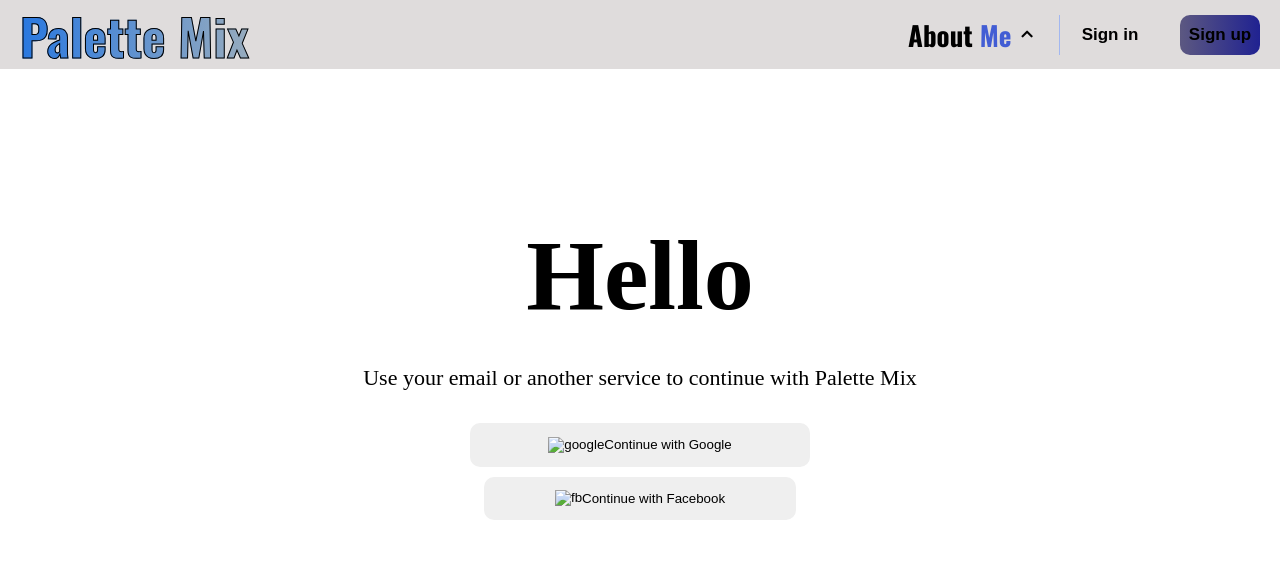
Repository: dmpelaez/Login-Signup-form
Page: Color/colorHeader.html
The author's editor kept a copy of each file at every save. The page is drawn from the files as they stood at one save, then again after the next save.
The browser window is 1280 px wide. The pictures show the window.
A layer covers the whole window, so only the first screen is drawn. Some web libraries are served in a nearby version.

Above is the page before, as saved 2025-12-13 07:27:14.

After the next save:
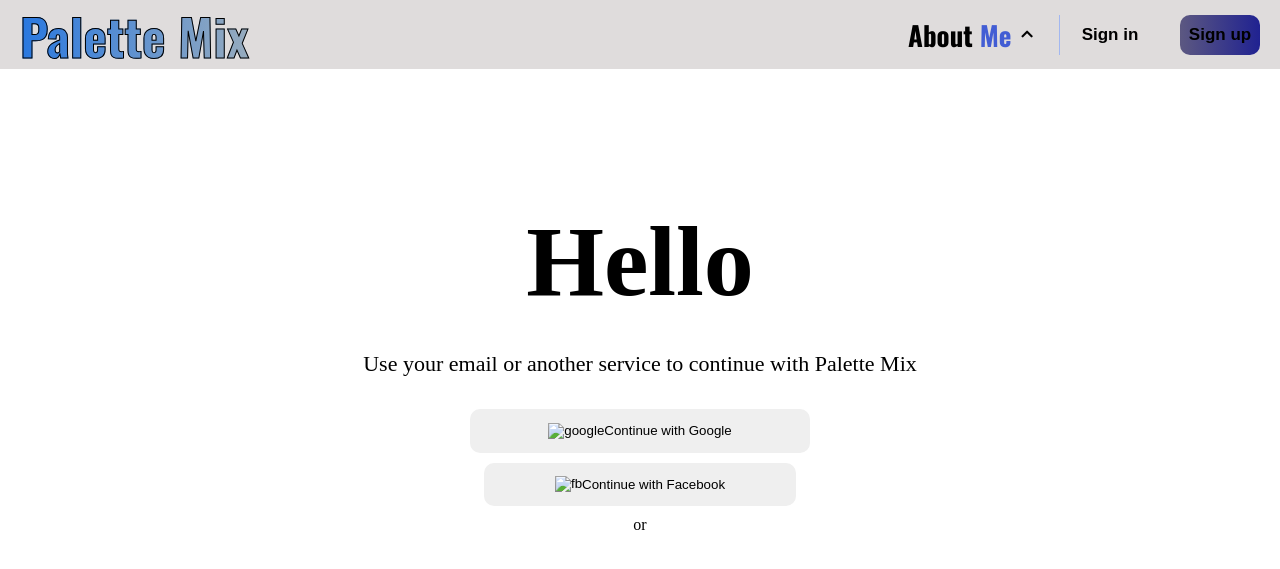
Saved 23 s later.
--- a/Color/colorHeader.html
+++ b/Color/colorHeader.html
@@ -103,6 +103,7 @@
                 <p class="continue-text2">Continue with Facebook</p>
               </div>
             </button>
+            <div class="line">or</div>
 
           </div>
 
